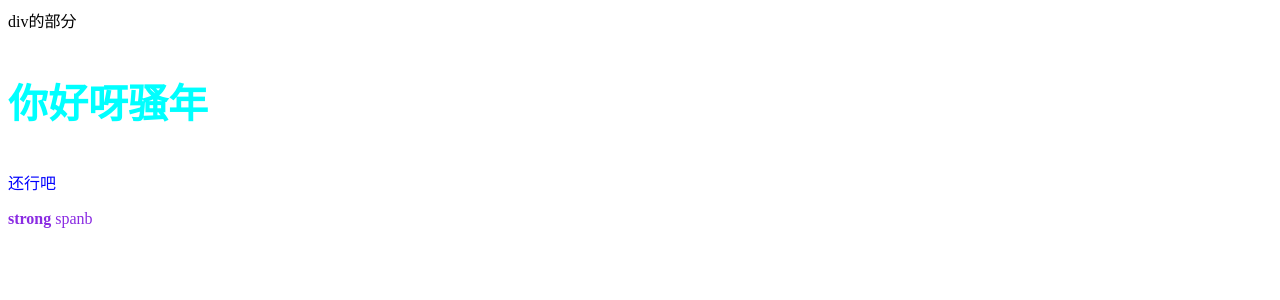
Repository: SharkPem/WebLearn
Page: demo/demo_css.html
The author's editor kept a copy of each file at every save. The page is drawn from the files as they stood at one save, then again after the next save.
The browser window is 1280 px wide. The pictures show the whole page.

Above is the page before, as saved 2022-03-28 11:03:28.

After the next save:
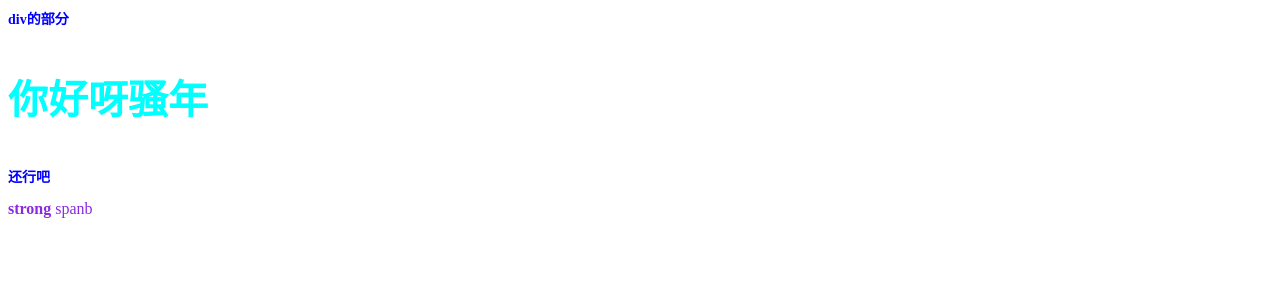
Saved 7 min 28 s later.
--- a/demo/demo_css.html
+++ b/demo/demo_css.html
@@ -11,8 +11,11 @@
     <!-- 内部模式-->
     <style type="text/css">
         div,p{
+            font-family: "楷体","微软雅黑";
+            font-size: 14px;
+            font-weight: bold;
+            color: blue;
 
-            /*color: #eb9e11;*/
         }
         #lx{
             color: aqua;
